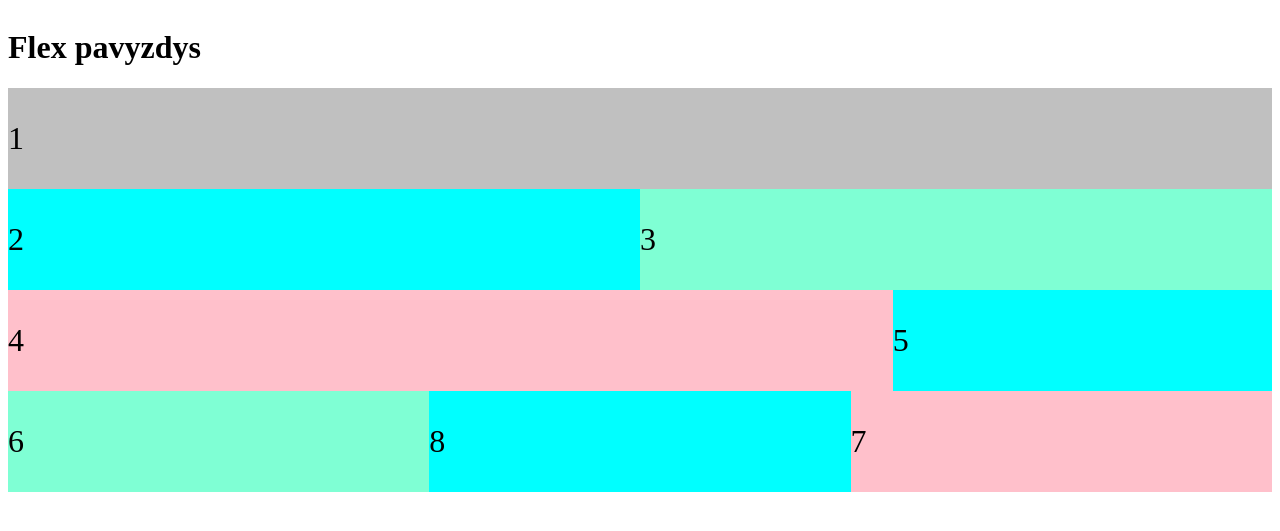
Repository: motiejus1/06-paskaita-invest
Page: index.html
These files come from the project's save history. The page is drawn as it stood at one moment and after the next save; the edit follows.
The browser window is 1280 px wide. The pictures show the whole page.

Above is the page before, as saved 2021-06-09 19:52:02.

After the next save:
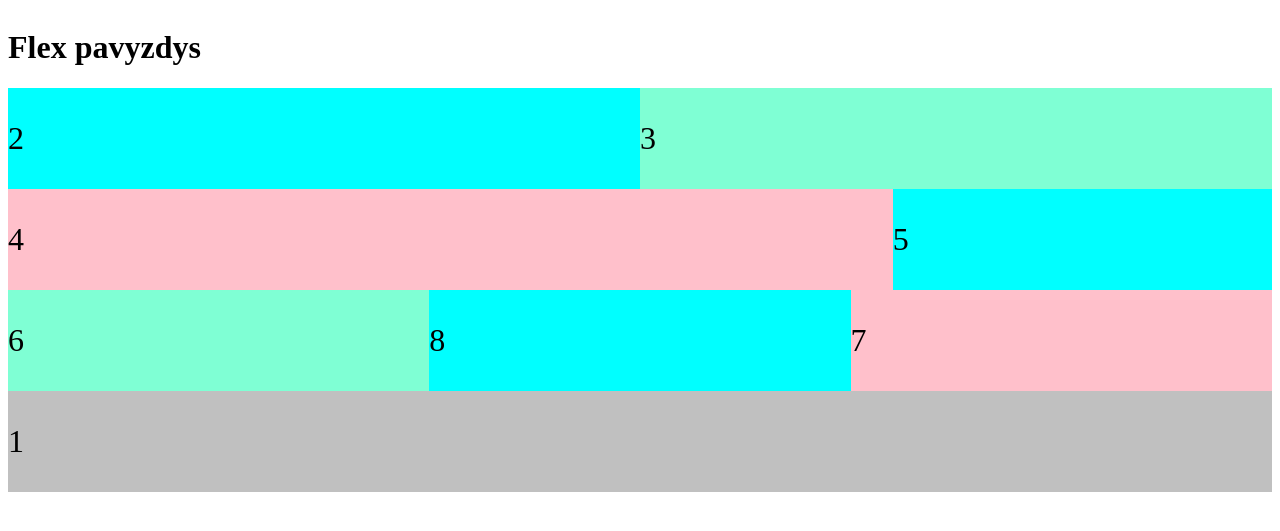
Saved 114 s later.
--- a/index.html
+++ b/index.html
@@ -92,7 +92,7 @@
         }
 
         .flex-item-1 {
-            order: 1;
+            order: 9;
         }
 
         .flex-item-2 {
